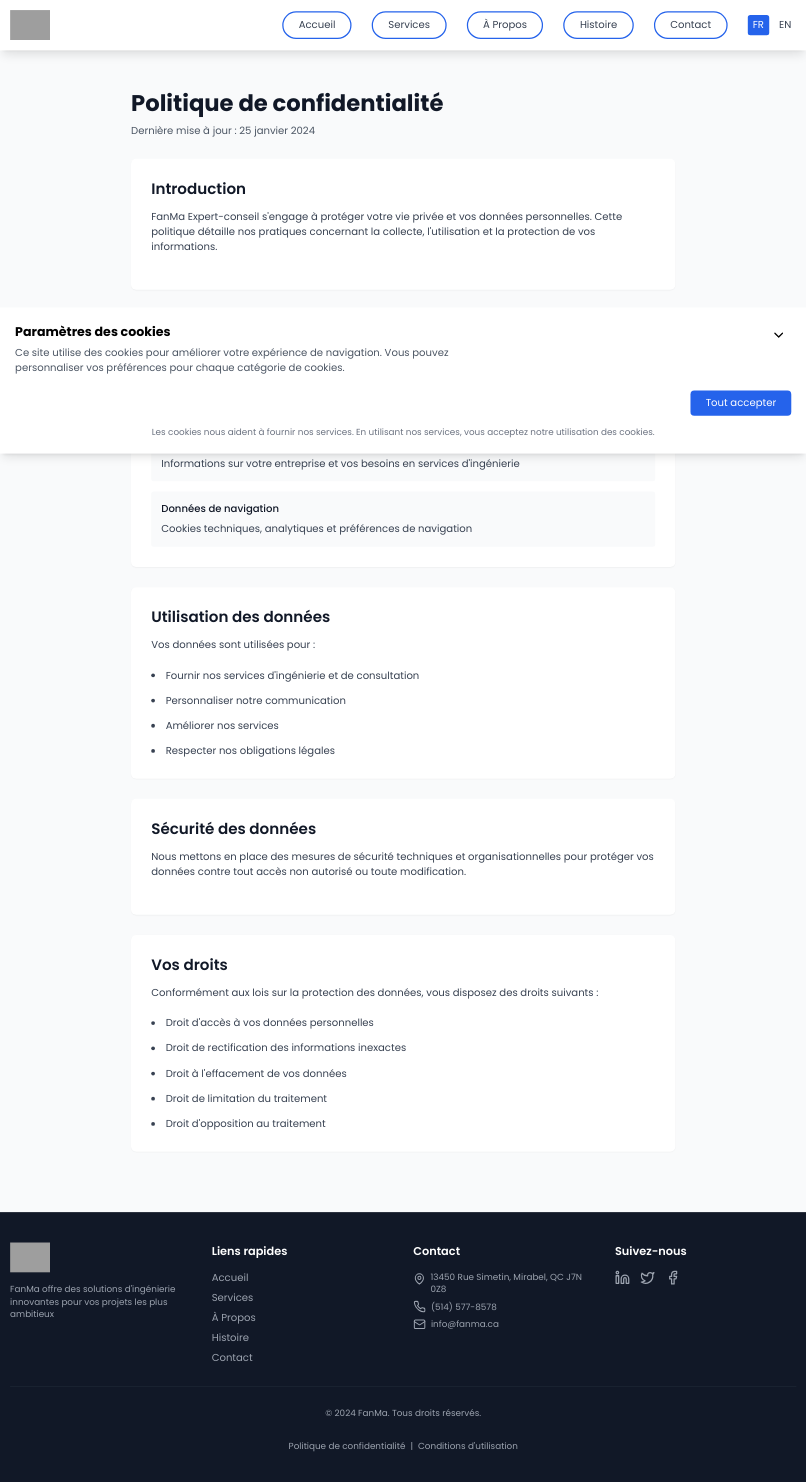
Repository: yannick930424/fanma-website
Page: /legal/privacy
The author's editor kept a copy of each file at every save. The page is drawn from the files as they stood at one save, then again after the next save.
The browser window is 1280 px wide. The pictures show the whole page, at 63% of full size.
Pictures or frames that could not be fetched are drawn as grey boxes. The page's requests for data from a server got no answer. The project was rebuilt for these pictures with package versions that can differ from the ones it lists, and the page was loaded fresh each time. No one was signed in, and anything a server would have sent is missing. Also part of the build but not shown: vite.config.ts, src/pages/services/CFD1Analysis.tsx, src/pages/services/CFD2Analysis.tsx, src/pages/legal/TermsOfUse.tsx, src/components/common/LoadingSpinner.tsx.

Above is the page before, as saved 2025-01-25 11:19:05.

After the next save:
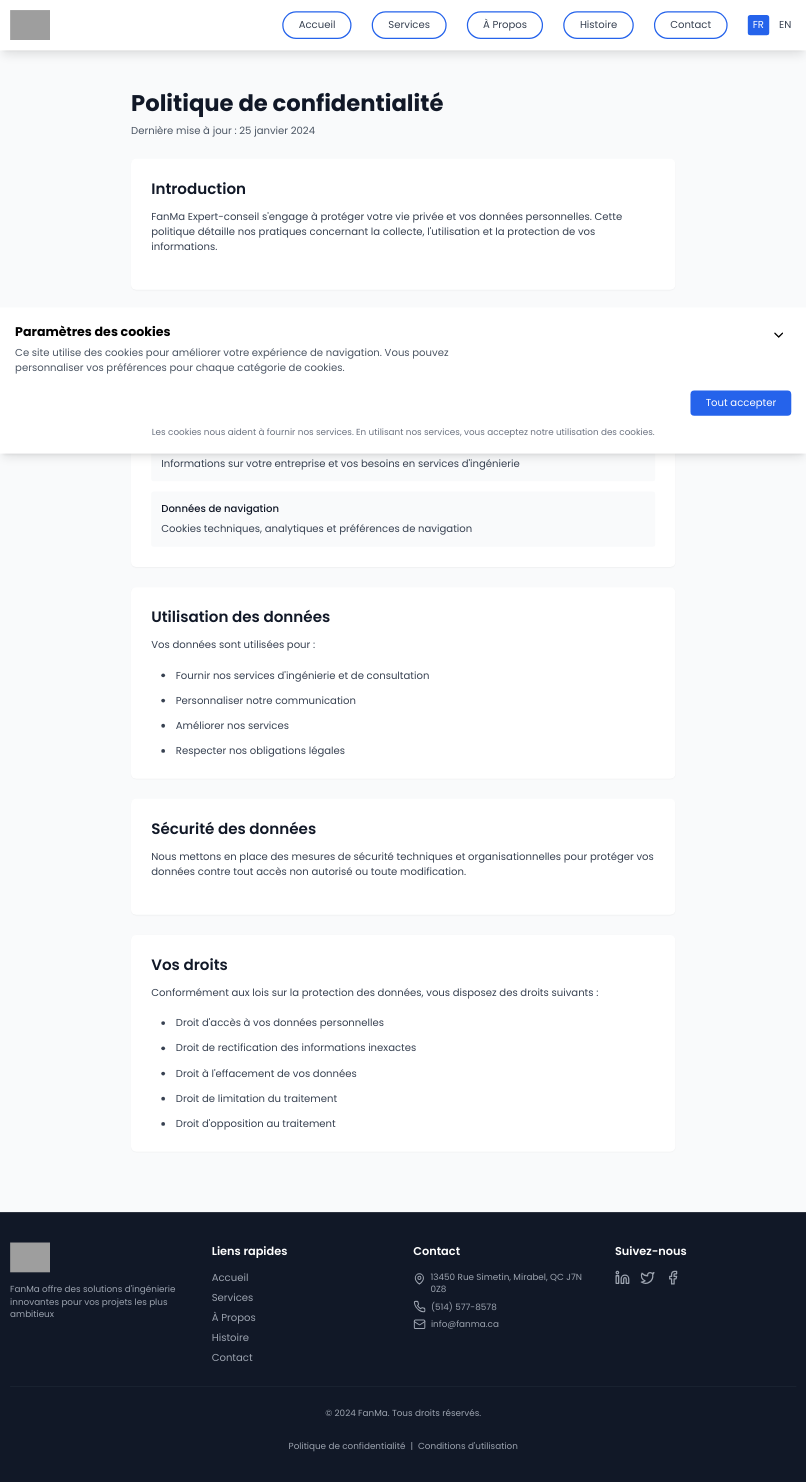
Saved 2 min 20 s later.
--- a/src/pages/legal/PrivacyPolicy.tsx
+++ b/src/pages/legal/PrivacyPolicy.tsx
@@ -1,18 +1,19 @@
 import React from 'react';
 import { useLanguage } from '../../hooks/useLanguage';
 import { translations } from '../../i18n/translations';
+import { LegalItem } from '../../types/legal'
 
-function renderListItem(item: string | { title: string; content: string }, index: number) {
+const renderItem = (item: LegalItem) => {
   if (typeof item === 'string') {
-    return <li key={index} className="text-gray-700">{item}</li>;
+    return <li className="text-gray-700">{item}</li>;
   }
   return (
-    <li key={index} className="bg-gray-50 p-4 rounded">
+    <div className="bg-gray-50 p-4 rounded">
       <h3 className="font-medium text-gray-900 mb-2">{item.title}</h3>
       <p className="text-gray-700">{item.content}</p>
-    </li>
+    </div>
   );
-}
+};
 
 export default function PrivacyPolicy() {
   const { language } = useLanguage();
@@ -21,7 +22,9 @@ export default function PrivacyPolicy() {
   return (
     <div className="py-16 bg-gray-50">
       <div className="max-w-4xl mx-auto px-4">
-        <h1 className="text-4xl font-bold text-gray-900 mb-3">{privacy.title}</h1>
+        <h1 className="text-4xl font-bold text-gray-900 mb-3">
+          {privacy.title}
+        </h1>
         <p className="text-gray-600 mb-8">{privacy.lastUpdated}</p>
 
         {Object.entries(privacy.sections).map(([key, section]) => (
@@ -29,12 +32,20 @@ export default function PrivacyPolicy() {
             <h2 className="text-2xl font-semibold text-gray-900 mb-4">
               {section.title}
             </h2>
+
             {section.content && (
               <p className="text-gray-700 mb-6">{section.content}</p>
             )}
+
             {section.items && (
-              <ul className={`space-y-4 ${typeof section.items[0] === 'string' ? 'list-disc list-inside' : ''}`}>
-                {section.items.map((item, index) => renderListItem(item, index))}
+              <ul className={`space-y-4 ${
+                typeof section.items[0] === 'string' ? 'list-disc list-inside pl-4' : ''
+              }`}>
+                {section.items.map((item, index) => (
+                  <React.Fragment key={index}>
+                    {renderItem(item)}
+                  </React.Fragment>
+                ))}
               </ul>
             )}
           </section>
